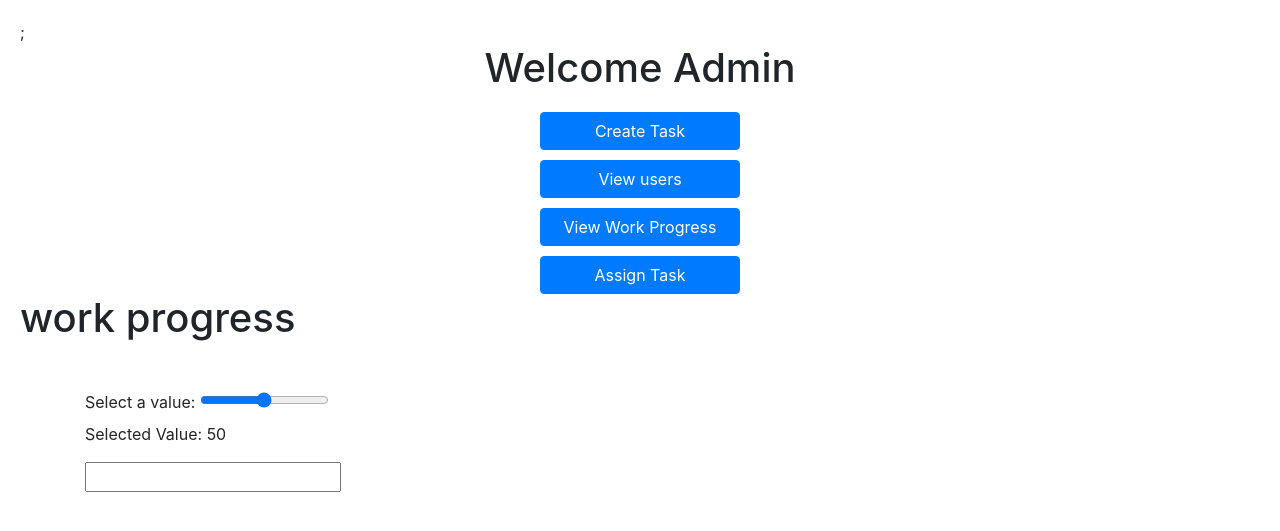
Repository: neha-rouniyar/taskmgmt
Page: http://localhost/admin/view-work-progress
An editor plug-in stored every save of this project. The page is shown before and after the next save, followed by the edit.
The browser window is 1280 px wide. The pictures show the whole page.
Some web libraries are served in a nearby version. The page is served by the project's Laravel application, run on PHP 8.4 with Laravel 10. Other server files are loaded and not shown.

Above is the page before, as saved 2023-12-16 10:10:44.

### routes/web.php
<?php

use App\Http\Controllers\AdminController;
use App\Http\Controllers\AssignTaskController;
use Illuminate\Support\Facades\Route;
use App\Http\Controllers\LoginController;
use App\Models\AssignTask;

/*
|--------------------------------------------------------------------------
| Web Routes
|--------------------------------------------------------------------------
|
| Here is where you can register web routes for your application. These
| routes are loaded by the RouteServiceProvider and all of them will
| be assigned to the "web" middleware group. Make something great!
|
*/

Route::get('/', function () {
    return view('welcome');
});
Route::get('/login-form',[LoginController::class,'index'])->name('login.form');
Route::post('/login-form-submit',[LoginController::class,'loginFormSubmit'])->name('login.form.submit');




Route::get('/register-form',[LoginController::class,'index2'])->name('register.form');
Route::post('/register-form-submit',[LoginController::class,'registerFormSubmit'])->name('register.form.submit');


//user dashboard
Route::get('/user-dashboard',[LoginController::class,'userDashboard'])->name('user.dashboard');
Route::get('/admin-dashboard',[LoginController::class,'adminDashboard'])->name('admin.dashboard');


//admin
Route::get('/admin/view-users',[AdminController::class,'viewUsers'])->name('admin.view.users');
Route::get('/admin/create-task',[AdminController::class,'createTask'])->name('admin.create.task');
Route::get('/admin/view-work-progress',[AdminController::class,'viewWorkProgress'])->name('admin.view.workprogress');

//admin-task
Route::post('/admin/task-submit',[AdminController::class,'taskSubmit'])->name('admin.task.submit');
Route::get('/admin/edit-task/{id}',[AdminController::class,'taskEdit'])->name('task.edit');
Route::post('/admin/update-task/{id}',[AdminController::class,'taskUpdate'])->name('task.update');
Route::get('/admin/delete-task/{id}',[AdminController::class,'taskDelete'])->name('task.delete');
Route::get('/admin/task-assign',[AdminController::class,'taskAssign'])->name('admin.task.assign');
Route::post('/admin/task-assign-submit',[AdminController::class,'taskAssignSubmit'])->name('admin.task.assign.submit');




//user-task
Route::get('/user-view-assgned-task',[AssignTaskController::class,'viewTaskAssigned'])->name('user.view.assigned.task');
Route::get('/verify-email/{token}',[AdminController::class,'verifyEmail'])->name('verify.email');


Route::get('/user/accept-task/{id}',[AssignTaskController::class,'acceptTask'])->name('accept.task');
Route::get('/user/reject-task/{id}',[AssignTaskController::class,'rejectTask'])->name('reject.task');
Route::get('/user/task-complete/{id}',[AssignTaskController::class,'completeTask'])->name('task.complete');

### app/Http/Controllers/AdminController.php
<?php

namespace App\Http\Controllers;

use App\Models\AssignTask;
use App\Models\EmailVerification;
use App\Models\Task;
use App\Models\User;
use Carbon\Carbon;
use Illuminate\Http\Request;

class AdminController extends Controller
{
    public function viewUsers()
    {
        $users=User::all()->where('usertype','regular');
        // dd($users);
        return view('admin.viewUsers',compact('users'));
    }
    public function createTask()
    {
        $tasks=Task::all();
        return view('admin.task.create',compact('tasks'));
    }
    public function viewWorkProgress()
    {
        return view('admin.task.workprogress');
    }
    public function taskSubmit(Request $request)
    {
        $data=$request->validate([
            'heading'=>'required'
        ]);
        $task=new Task();
        $task->task_heading=$data['heading'];
        $task->save();
        return back()->with('success','Task Created Successfully');
    }
    public function taskEdit(Request $request)
    {
        $data=Task::find($request->id);
        return view('admin.task.edit',compact('data'));
    }
    public function taskUpdate(Request $request)
    {
        $rule=$request->validate([
            'heading'=>'required'
        ]);
        $data=Task::find($request->id);
        $data->task_heading=$rule['heading'];
        $data->save();
        return redirect()->route('admin.create.task')->with('update','Task Updated Successfully');
    }
    public function taskDelete(Request $request)
    {
        $data=Task::find($request->id);
        $data->status=1;
        $data->save();
        return back()->with('delete','Task Deleted Successfully');

    }
    public function taskAssign()
    {
        $task=Task::all()->where('status',0);
        $users=User::all()->where('usertype','regular');
        return view('admin.task.assign',compact('users','task'));
    }
    public function taskAssignSubmit(Request $request)
    {
        $taskAssign=new AssignTask();
        $taskAssign->task_id=$request->task;
        $taskAssign->user_id=$request->user;
        $taskAssign->save();
        return back()->with('message','Task Assigned to user... Waiting to be verified');
    }
    public function verifyEmail(Request $request,$id)
    {
        $token=$request->token;
        $userData=User::where('token',$token)->first();
        $emailVerificationData=EmailVerification::where('token',$token)->first();
        $time=Carbon::now();
        $currentTime=$time->toDateTimeString();
        if($userData->token == $emailVerificationData->token){
            if($emailVerificationData->expiry_at > $currentTime)
            {
                $userId=$userData->id;
                $userData=User::find($userId);
                $userData->status=1;
                $userData->save();
                return redirect('/login-form')->with('msgs','Please login to continue');
            }else{
                return redirect()->route('register.form')->with('linkExpiry','Your Link to email verification failed. Please Register Again');
            }
        }
    }
    // php artisan serve --port=443 --to run in https port
}

### resources/views/admin/task/workprogress.blade.php
@extends('admin.dashboard');
<link rel="stylesheet" href="https://cdn.jsdelivr.net/npm/bootstrap@4.0.0/dist/css/bootstrap.min.css">
    <script src="https://code.jquery.com/jquery-3.5.1.min.js"></script>
    <script src="https://cdn.jsdelivr.net/npm/bootstrap@4.0.0/dist/js/bootstrap.bundle.min.js"></script>
@section('admin-content')

<h1>work progress</h1>
<form action="{{url('slider-range')}}" method="POST">
    @csrf
<div class="container mt-5">
    <label for="rangeSlider">Select a value:</label>
    <input type="range" class="custom-range" id="rangeSlider" name="rangeValue" min="0" max="100" step="1" value="50">
    <p id="selectedValue">Selected Value: 50</p>

    <input type="sub" name="" id="">
</div>
</form>


<script>
    // Get the range slider element
    var rangeSlider = document.getElementById('rangeSlider');

    // Get the element to display the selected value
    var selectedValue = document.getElementById('selectedValue');

    // Update the selected value when the range slider value changes
    rangeSlider.addEventListener('input', function () {
        selectedValue.innerText = 'Selected Value: ' + rangeSlider.value;
    });
</script>

@endsection

### resources/views/admin/dashboard.blade.php
<!doctype html>
<html lang="en">
  <head>
    <!-- Required meta tags -->
    <meta charset="utf-8">
    <meta name="viewport" content="width=device-width, initial-scale=1, shrink-to-fit=no">

    <!-- Bootstrap CSS -->
    <link rel="stylesheet" href="https://cdn.jsdelivr.net/npm/bootstrap@4.0.0/dist/css/bootstrap.min.css" integrity="sha384-Gn5384xqQ1aoWXA+058RXPxPg6fy4IWvTNh0E263XmFcJlSAwiGgFAW/dAiS6JXm" crossorigin="anonymous">
    <style>
      body {
          padding: 20px;
      }

      h1 {
          margin-bottom: 20px;
      }

      .btn-container {
          display: flex;
          flex-direction: column;
          gap: 10px;
      }

      .btn-container a {
          text-decoration: none;
      }

      .btn {
          width: 200px;
      }
  </style>
    <title>Hello, world!</title>
  </head>
  <body>
    <div class="container text-center">
        <h1>Welcome Admin</h1>
        <div class="btn-container">
            <a href="{{route('admin.create.task')}}">
                <button type="button" class="btn btn-primary">Create Task</button>
            </a>
            <a href="{{route('admin.view.users')}}">
                <button type="button" class="btn btn-primary">View users</button>
            </a>
            <a href="{{route('admin.view.workprogress')}}">
                <button type="button" class="btn btn-primary">View Work Progress</button>
            </a>
            <a href="{{route('admin.task.assign')}}">
                <button type="button" class="btn btn-primary">Assign Task</button>
            </a>
        </div>
    </div>
    @yield('admin-content')
    <script src="https://code.jquery.com/jquery-3.2.1.slim.min.js" integrity="sha384-KJ3o2DKtIkvYIK3UENzmM7KCkRr/rE9/Qpg6aAZGJwFDMVNA/GpGFF93hXpG5KkN" crossorigin="anonymous"></script>
    <script src="https://cdn.jsdelivr.net/npm/popper.js@1.12.9/dist/umd/popper.min.js" integrity="sha384-ApNbgh9B+Y1QKtv3Rn7W3mgPxhU9K/ScQsAP7hUibX39j7fakFPskvXusvfa0b4Q" crossorigin="anonymous"></script>
    <script src="https://cdn.jsdelivr.net/npm/bootstrap@4.0.0/dist/js/bootstrap.min.js" integrity="sha384-JZR6Spejh4U02d8jOt6vLEHfe/JQGiRRSQQxSfFWpi1MquVdAyjUar5+76PVCmYl" crossorigin="anonymous"></script>
</body>
</html>

Loaded but not shown: app/Http/Controllers/Controller.php (common file)

After the next save:
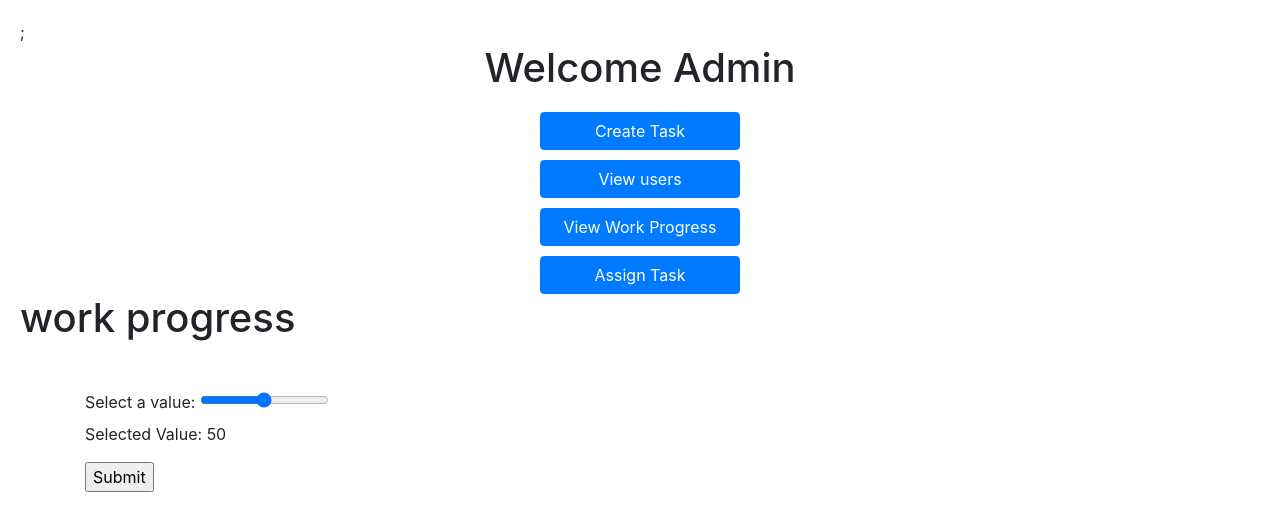
Saved 5 s later.
--- a/resources/views/admin/task/workprogress.blade.php
+++ b/resources/views/admin/task/workprogress.blade.php
@@ -12,7 +12,7 @@
     <input type="range" class="custom-range" id="rangeSlider" name="rangeValue" min="0" max="100" step="1" value="50">
     <p id="selectedValue">Selected Value: 50</p>
 
-    <input type="sub" name="" id="">
+    <input type="submit" name="" id="">
 </div>
 </form>
 
